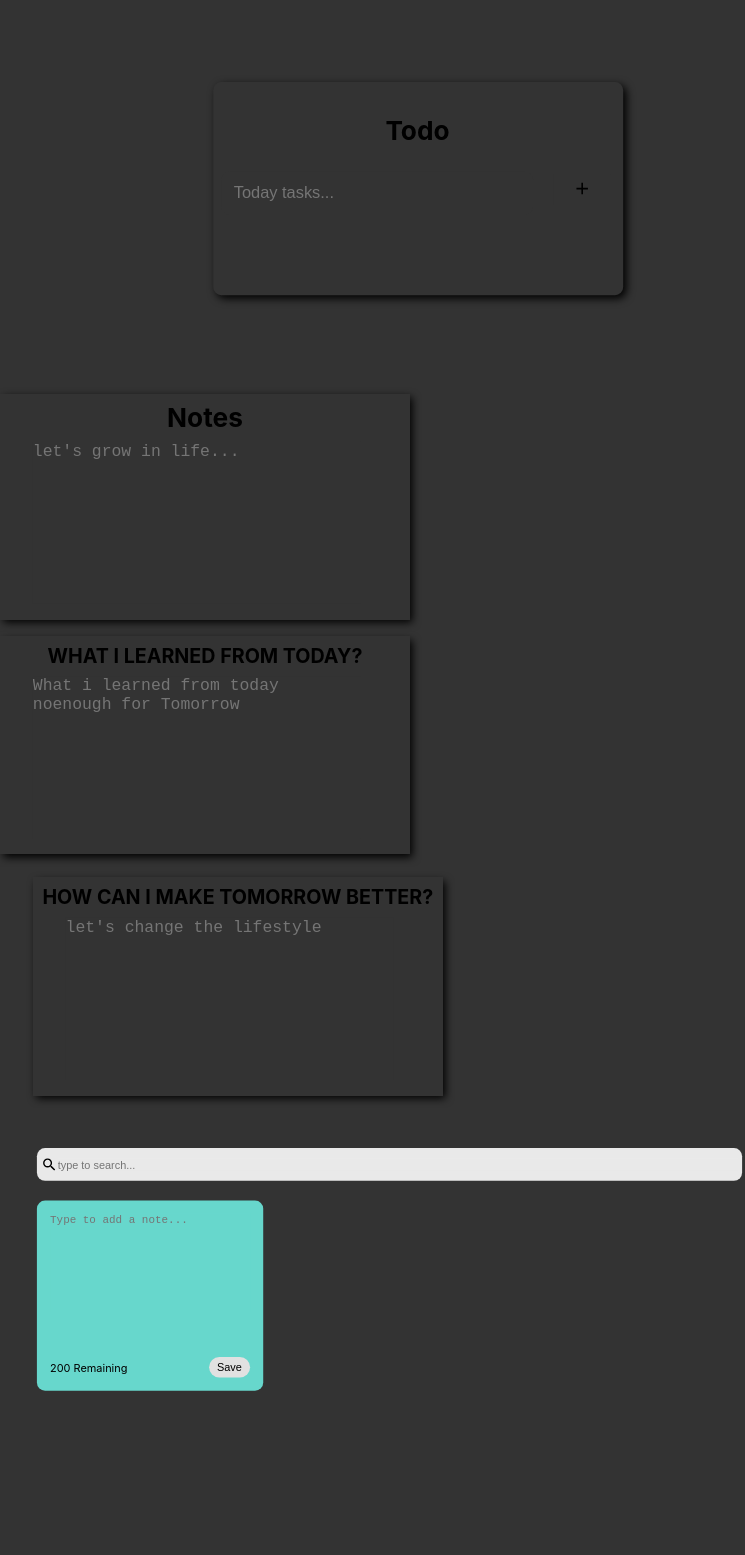
Repository: subhamRsahoo/note
Page: /
An editor plug-in stored every save of this project. The page is shown before and after the next save, followed by the edit.
The browser window is 768 px wide. The page is 908 px wide, so the pictures cover 908 px, including what lies to the right of the window. The pictures show the whole page, at 82% of full size.
The project was rebuilt for these pictures with package versions that can differ from the ones it lists, and the page was loaded fresh each time. Also part of the build but not shown: src/components/New folder/components/Note.js.

Above is the page before, as saved 2021-07-15 18:46:36.

### public/index.html
<!DOCTYPE html>
<html lang="en">
  <head>
    <meta charset="utf-8" />
    <link rel="icon" href="%PUBLIC_URL%/favicon.ico" />
    <meta name="viewport" content="width=device-width, initial-scale=1" />
    <meta name="theme-color" content="#000000" />
    <meta
      name="description"
      content="Web site created using create-react-app"
    />
    <link rel="apple-touch-icon" href="%PUBLIC_URL%/logo192.png" />
    <link rel="manifest" href="%PUBLIC_URL%/manifest.json" />


    <!-- <link rel="stylesheet" href="https://cdnjs.cloudflare.com/ajax/libs/font-awesome/5.15.3/css/font-awesome.min.css"/> -->

    <!-- <link rel="stylesheet" href="https://bootswatch.com/4/materia/bootstrap.com"/> -->

    <title>React App</title>
  </head>
  <body>
    <noscript>You need to enable JavaScript to run this app.</noscript>
    <div id="root"></div>
  </body>
</html>

### src/App.js
import React from 'react'
import Hub from './components/Hub';
import Hub1 from './components/aaaa/Hub1';
import A from './components/New folder/A';

function App() {
    return (
        <div>
            <Hub/>
            <Hub1/>
            <A/>
        </div>
    )
}

export default App

### src/components/Hub.js
import React , {useState , useEffect}from "react";
import Header from "./Header";
import Form from "./Form";
import TodoList from "./TodoList";
import './App.css';


const Hub = () => {
  const initalState = JSON.parse(localStorage.getItem("todos")) || [];
  const [input ,setInput] = useState("");
  const [todos ,setTodos] = useState(initalState);
  const [editTodo , setEditTodo] = useState(null);

  useEffect(() => {
    localStorage.setItem("todos" , JSON.stringify(todos))
  }, [todos]);
  return (
    <div className="container">
      <div className="app-wrapper">
        <div>
          <Header/>
        </div>
        <div>
          <Form
          input={input}
          setInput={setInput}
          todos={todos}
          setTodos={setTodos}
          editTodo={editTodo}
          setEditTodo={setEditTodo}
          />
        </div>
        <div>
          <TodoList todos={todos} setTodos={setTodos} setEditTodo={setEditTodo}/>
        </div>
      </div>
    </div>

  );
}

export default Hub;

### src/components/aaaa/Hub1.js
import React, { Component } from 'react';
import FormDataComponent from './components/form-data.component';
class  Hub1 extends Component {
  render() {
    return (
      <div >
        <FormDataComponent />
      </div>
    );
  }
}

export default Hub1;

### src/components/New folder/A.js
import React from 'react';
import './index.css';
import App from './App';


function A() {
    return (
        <div>
            <App />
        </div>
    )
}

export default A

### src/components/Header.js
import React from 'react'

function Header() {
    return (
        <div className="header">
            <h1>Todo</h1>
        </div>
    )
}

export default Header

### src/components/Form.js
import React , {useEffect} from 'react'
import {v4 as uuidv4} from "uuid";
import AddIcon from '@material-ui/icons/Add';

 const Form =({input , setInput , todos , setTodos , editTodo , setEditTodo }) => {
     const updateTodo = (title , id, completed) =>
     {
         const newTodo = todos.map((todo)=>

             todo.id === id ? {title,id, completed} : todo
         )
         setTodos(newTodo);
         setEditTodo("");
     }
     useEffect(() =>
     {
         if(editTodo)
         {
             setInput(editTodo.title);
         }else{
             setInput("")
         }
     }, [setInput , editTodo]);

     const onInputChange= (event) =>
     {
       setInput(event.target.value);
     };

     const onFormSubmit = (event) =>
     {
        event.preventDefault();
        if(!editTodo){
            setTodos([...todos , {id:uuidv4(), title: input , completed: false}]);
            setInput("");
        }else{
            updateTodo(input , editTodo.id , editTodo.completed)
        }
     }
    return (
       <form onSubmit={onFormSubmit}>
           <input type="text" placeholder="Today tasks... " className="task-input"
           value={input} required onChange={onInputChange} limit={3}/>
           <button type="submit" className="Add">
            <AddIcon/>
           </button>
       </form>
    )
}

export default Form

### src/components/TodoList.js
import React from 'react'
import DoneIcon from '@material-ui/icons/Done';
import EditIcon from '@material-ui/icons/Edit';
import DeleteIcon from '@material-ui/icons/Delete';

const TodoList = ({todos , setTodos , setEditTodo}) => {

    const handleDelete = ({id}) =>
    {
        setTodos(todos.filter((todo) => todo.id !== id));
    }

    const handleComplete = (todo) =>
    {
        setTodos(
            todos.map((item) => {
                if(item.id === todo.id){
                    return {...item , completed: !item.completed};
                }
                return item
            })
        )
    }

    const handleEdit =({id}) =>{
        const findTodo = todos.find((todo) => todo.id === id);
        setEditTodo(findTodo);
    };
    return (
        <div>
           {todos.map((todo) => (
               <li className="list-item"  key={todo.id}>
                   <input type="text"
                     value={todo.title}
                     className={`list ${todo.completed ? "complete" : "" }`}
                     onChange={(event)=> event.preventDefault()}
                   />
                   <div>
                       <button className="button-complete task-button" onClick={() => handleComplete(todo)}>
                          <i><DoneIcon/></i>
                       </button>
                       <button className="button-edit task-button" onClick={()=> handleEdit(todo)}>
                          <i><EditIcon/></i>
                       </button>
                       <button className="button-delete task-button"  onClick={()=> handleDelete(todo)}>
                          <i><DeleteIcon/></i>
                       </button>
                   </div>
               </li>
           ))}
        </div>
    );
}

export default TodoList;

### src/components/App.css
::-webkit-scrollbar {
  width: 9px;
}
::-webkit-scrollbar-thumb {
  background-color: #a8a8a8;
}
::-webkit-scrollbar-thumb:hover {
  background: #828282;
}
::-webkit-scrollbar-track {
  background: #cccccc;
}

body {
  font-family: -apple-system, BlinkMacSystemFont, 'Segoe UI', 'Roboto', 'Oxygen',
    'Ubuntu', 'Cantarell', 'Fira Sans', 'Droid Sans', 'Helvetica Neue',
    sans-serif;
  -webkit-font-smoothing: antialiased;
  -moz-osx-font-smoothing: grayscale;
  background: #333;
}

code {
  font-family: source-code-pro, Menlo, Monaco, Consolas, 'Courier New',
    monospace;
}


*
{
  margin: 0;
  padding: 0;
}

.container
{
  margin-top: 10px;
  width: 100%;
  min-height: 55vh;
  display: grid;
  justify-content: left;
  /* margin-left: 40px; */
  right: 500px;
  align-items: center;
  position: relative;
  box-sizing: border-box;
  left: 40px;
}

.app-wrapper
{
  background-color: #333;
  width: 500px;
  min-height: 350px;
  padding: 10px;
  box-sizing: border-box;
  border-radius: 10px;
  box-shadow: 4px 4px 10px #000;
  /* margin-bottom: 150px; */

}

.header h1
{
  color: black;
  text-align: left;
  margin: 30px 0;
  margin-left: 200px;
}

.task-input
{
  outline: none;
  width: 350px;
  padding: 15px;
  margin-right: 25px;
  font-size: 20px;
  color: white;
  background-color: #333;
  border: none;
  border-radius: 10px;
}

.task-input:hover
{
  box-shadow: 6px 4px 10px #000;
}

.Add
{
  width: 70px;
  padding: 5px 5px;
  border: 0;
  cursor: pointer;
  border-style: transparent;
  background-color: #333;
}

.Add:hover
{
  border-radius: 10px;
  box-shadow: 6px 4px 10px #000;
}

.list-item
{
  display: flex;
  margin: 20px 0;
  border: none;
  border-radius: 10px;
  padding: 7px;
  max-height: 20px;
}

.list-item:hover
{
  box-shadow: 6px 4px 10px #000;
}

.button-complete,
.button-delete,
.button-edit
{
  border: none;
  outline: none;
  cursor: pointer;
  background-color: transparent;
  font-size: 20px;
  border-radius: 50%;
}

.button-complete
{
  color: #ff6c6c;
  margin-right: 10px;
  margin-left: 70px;
}

.button-edit
{
  color: #e2d029;
  margin-right: 10px;
}

.button-delete
{
  color: lightseagreen;
}

.complete
{
  text-decoration-style: solid;
  text-decoration-line: line-through;
  text-decoration-color: #ff6c6c;
  opacity: 0.6;
}

.list
{
  width: 250px;
  background-color: #333;
  border: none;
  color: wheat;
  font-size: 20px;
  padding-left: 10px;
  margin-right: 15px;
}

input:focus,
button:focus
{
  outline: none;
}

@media screen and (max-width:768px)
{
  .container
  {
    /* align-items: center; */
    left : 140px;
  }
  .app-wrapper
  {

    min-width: 400px;
    min-height: 260px;
    /* margin-top: 15px; */
  }
}

@media screen and (max-width:540px)
{
  .container
  {
    /* align-items: center; */
    left: 140px;
  }
}

@media screen and (max-width: 1020px)
{
  .app-wrapper
  {
    /* align-items: center; */
    /* min-width: 200px;
    min-height: 260px;
    margin-top: 15px; */
    margin-left: 120px;
  }
}

### src/components/aaaa/components/form-data.component.js
import React, { Component } from 'react';
import './design.css';
export default class FormDataComponent extends Component {
    userData;

    constructor(props) {
        super(props);

        this.onChangeName = this.onChangeName.bind(this);
        this.onChangeName1 = this.onChangeName1.bind(this);
        this.onChangeName2 = this.onChangeName2.bind(this);
        this.onSubmit = this.onSubmit.bind(this);

        this.state = {
            name: '',
            name1: '',
            name2: ''
        }
    }

    // Form Values
    onChangeName(e) {
        this.setState({ name: e.target.value })
    }

    onChangeName1(e) {
        this.setState({ name1: e.target.value })
    }

    onChangeName2(e) {
        this.setState({ name2: e.target.value })
    }


    // React Life Cycle
    componentDidMount() {
        this.userData = JSON.parse(localStorage.getItem('user'));

        if (localStorage.getItem('user')) {
            this.setState({
                name: this.userData.name,
                name1: this.userData.name1,
                name2: this.userData.name2
            })
        } else {
            this.setState({
                name: '',
                name1: '',
                name2: ''
            })
        }
    }

    componentWillUpdate(nextProps, nextState) {
        localStorage.setItem('user', JSON.stringify(nextState));
    }

    onSubmit(e) {
        e.preventDefault()
        console.log(this.state.props)
    }


    render() {
        return (

                <form className="form" onSubmit={this.onSubmit}>
                    <div className="contain">
                        <h1>Notes</h1>
                        <textarea type="text" placeholder="let's grow in life..." className="text1" value={this.state.name} onChange={this.onChangeName} />
                        {/* <button type="submit" className="btn1">Save</button> */}
                    </div>


                    <div className="contain1">
                        <h2>WHAT I LEARNED FROM TODAY?</h2>
                        <textarea type="text" placeholder="What i learned from today noenough for Tomorrow" className="text2" value={this.state.name1} onChange={this.onChangeName1} />
                        {/* <button type="submit" className="btn2">Save</button> */}
                    </div>

                    <div className="contain2">
                        <h2>HOW CAN I MAKE TOMORROW BETTER?</h2>
                        <textarea type="text" placeholder="let's change the lifestyle" className="text3" value={this.state.name2} onChange={this.onChangeName2} />
                        {/* <button type="submit" className="btn3">Save</button> */}
                    </div>
                </form>

        )
    }
}

### src/components/New folder/index.css
body {
	margin: 0;
	font-family: -apple-system, BlinkMacSystemFont, 'Segoe UI',
		'Roboto', 'Oxygen', 'Ubuntu', 'Cantarell', 'Fira Sans',
		'Droid Sans', 'Helvetica Neue', sans-serif;
	-webkit-font-smoothing: antialiased;
	-moz-osx-font-smoothing: grayscale;
}

code {
	font-family: source-code-pro, Menlo, Monaco, Consolas,
		'Courier New', monospace;
}

.header {
	display: flex;
	align-items: center;
	justify-content: space-between;
}


.container1 {
	display: grid;
	width: 850px;
	position: absolute;
	left: 600px;
	bottom: 340px;
	padding-right: 15px;
	padding-left: 15px;
	height: 350px;
}

.notes-list {
	display: grid;
	grid-gap: 1rem;
	grid-template-columns: repeat(
		auto-fill,
		minmax(250px, 1fr)
	);
}

.note.new {
	background-color: #67d7cc;
	height: 200px;
	margin-bottom: 200px;
}

.note.new:hover
{
	box-shadow: 4px 4px 10px #000;
}

textarea {
	border: none;
	resize: none;
	background-color: #67d7cc;
}

textarea:focus {
	outline: none;
}

.save {
	background-color: #e1e1e1;
	border: none;
	border-radius: 15px;
	padding: 5px 10px 5px 10px;
}

.save:hover {
	background-color: #ededed;
	cursor: pointer;
}

.note {
	background-color: #fef68a;
	border-radius: 10px;
	padding: 1rem;
	height: 200px;
	display: flex;
	flex-direction: column;
	justify-content: space-between;
	white-space: pre-wrap;
}

.note:hover
{
	box-shadow: 4px 4px 10px aqua;
}

.note-footer {
	display: flex;
	align-items: center;
	justify-content: space-between;
}

.delete-icon {
	cursor: pointer;
}

.search {
	display: flex;
	align-items: center;
	background-color: rgb(233, 233, 233);
	width: 850px;
	height: 30px;
	border-radius: 10px;
	padding: 5px;
	margin-bottom: 1.5em;
}

.search:hover
{
	box-shadow: 4px 4px 10px #000;
}

.search input {
	border: none;
	background-color: rgb(233, 233, 233);
	width: 100%;
}

.search input:focus {
	outline: none;
}

@media screen and (max-width:768px)
{
	.container1
	{
		position: relative;
		top: 700px;
		width: 300px;
		left: 30px;
	}
}

@media screen and (max-width:540px)
{
  .container
  {
    /* align-items: center; */
    left: 140px;
  }
}

@media screen and (max-width: 1020px)
{
  .app-wrapper
  {
    /* align-items: center; */
    /* min-width: 200px;
    min-height: 260px;
    margin-top: 15px; */
    margin-left: 120px;
  }
}

### src/components/New folder/App.js
import { useState, useEffect } from 'react';
import { nanoid } from 'nanoid';
import NotesList from './components/NotesList';
import Search from './components/Search';

const App = () => {
	const [notes, setNotes] = useState([
		// {
		// 	id: nanoid(),
		// 	text: 'This is my first note!',
		// 	date: '15/04/2021',
		// },
		// {
		// 	id: nanoid(),
		// 	text: 'This is my second note!',
		// 	date: '21/04/2021',
		// },
		// {
		// 	id: nanoid(),
		// 	text: 'This is my third note!',
		// 	date: '28/04/2021',
		// },
		// {
		// 	id: nanoid(),
		// 	text: 'This is my new note!',
		// 	date: '30/04/2021',
		// },
	]);

	const [searchText, setSearchText] = useState('');

	useEffect(() => {
		const savedNotes = JSON.parse(
			localStorage.getItem('react-notes-app-data')
		);

		if (savedNotes) {
			setNotes(savedNotes);
		}
	}, []);

	useEffect(() => {
		localStorage.setItem(
			'react-notes-app-data',
			JSON.stringify(notes)
		);
	}, [notes]);

	const addNote = (text) => {
		const date = new Date();
		const newNote = {
			id: nanoid(),
			text: text,
			date: date.toLocaleDateString(),
		};
		const newNotes = [...notes, newNote];
		setNotes(newNotes);
	};

	const deleteNote = (id) => {
		const newNotes = notes.filter((note) => note.id !== id);
		setNotes(newNotes);
	};

	return (
		<div >
			<div className='container1'>
				<Search handleSearchNote={setSearchText} />
				<NotesList
					notes={notes.filter((note) =>
						note.text.toLowerCase().includes(searchText)
					)}
					handleAddNote={addNote}
					handleDeleteNote={deleteNote}
				/>
			</div>
		</div>
	);
};

export default App;

### src/components/aaaa/components/design.css
.form
{
    width: 100%;
    height: 250px;
    display: grid;
    margin: 0;
    padding: 0;
}


.contain
{
    display: grid;
    width: 500px;
    left: 40px;
    top: 30px;
    bottom: 10px;
    box-shadow: 4px 4px 10px #000;
    position: relative;
    box-sizing: border-box;

}

.text1
{
    margin-top: 10px;
   width: 400px;
   height: 197px;
   margin-left: 40px;
   background-color: #333;
   border-style: none;
   color: white;
   border-style: none;
   font-size: 20px;
   margin-bottom: 20px;
}

.text1:hover
{
    box-shadow: 4px 4px 10px #000;
}

.contain h1
{
    margin-top: 10px;
   text-align: center;
}

/* .btn1
{
    background-color: #333;
    margin-left: 70px;
    text-decoration-color: white;
    border-style: none;
    color: white;
    cursor: pointer;
    margin-bottom: 10px;
    padding: 8px 8px;
    border-radius: 10px;
}

.btn1:hover
{
    box-shadow: 4px 4px 10px #000;
    padding: 8px 8px;
} */


.contain1
{
    width: 500px;
    top: 50px;
    left: 40px;
    box-shadow: 4px 4px 10px #000;
    position: relative;
    box-sizing: content-box;
    display: grid;
}

.text2
{
    margin-top: 10px;
    width: 400px;
    height: 197px;
    margin-left: 40px;
    background-color: #333;
    border-style: none;
    color: white;
    border-style: none;
    font-size: 20px;
    margin-bottom: 20px;
}

.text2:hover
{
    box-shadow: 4px 4px 10px #000;
}


.contain1 h2
{
    margin-top: 10px;
   text-align: center;
}

/* .btn2
{
    background-color: #333;
    margin-left: 70px;
    text-decoration-color: white;
    border-style: none;
    color: white;
    cursor: pointer;
    margin-bottom: 10px;
    padding: 8px 8px;
    border-radius: 10px;
}

.btn2:hover
{
    box-shadow: 4px 4px 10px #000;
    padding: 8px 8px;
} */

.contain2
{
   width: 500px;
    margin-top: 620px;
    margin-left: 40px;
    /* bottom: 630px; */
    box-shadow: 4px 4px 10px #000;
    position: absolute;
    box-sizing:border-box;
    display: grid;
}

.text3
{
    margin-top: 10px;
    width: 400px;
    height: 197px;
    margin-left: 40px;
    background-color: #333;
    border-style: none;
    color: white;
    border-style: none;
    font-size: 20px;
    margin-bottom: 20px;
}

.text3:hover
{
    box-shadow: 4px 4px 10px #000;
}


.contain2 h2
{
    margin-top: 10px;
   text-align: center;
}

/* .btn3
{
    background-color: #333;
    margin-left: 70px;
    text-decoration-color: white;
    border-style: none;
    color: white;
    cursor: pointer;
    margin-bottom: 10px;
    padding: 8px 8px;
    border-radius: 10px;
}

.btn3:hover
{
    box-shadow: 4px 4px 10px #000;
    padding: 8px 8px;
} */

@media screen and (max-width:768px)
{
    .contain
    {
        left: 80px;
        align-items: center;
    }
    .contain1
    {
        left: 80px;
        align-items: center;
    }
    .contain2
    {
        left: 80px;
        align-items: center;
    }
}

@media screen and (max-width: 540px)
{
    .contain
    {
        left: 0;
        align-items: center;
    }
    .contain1
    {
        left: 0px;
        align-items: center;
    }
    .contain2
    {
        left: 0px;
        align-items: center;
    }
}

@media screen and (max-width: 1020px)
{
    .contain
    {
        left: 0;
        align-items: center;
    }
    .contain1
    {
        left: 0px;
        align-items: center;
    }
    .contain2
    {
        left: 0px;
        align-items: center;
    }
}

### src/components/New folder/components/AddNote.js
import { useState } from 'react';

const AddNote = ({ handleAddNote }) => {
	const [noteText, setNoteText] = useState('');
	const characterLimit = 200;

	const handleChange = (event) => {
		if (characterLimit - event.target.value.length >= 0) {
			setNoteText(event.target.value);
		}
	};

	const handleSaveClick = () => {
		if (noteText.trim().length > 0) {
			handleAddNote(noteText);
			setNoteText('');
		}
	};

	return (
		<div className='note new'>
			<textarea
				rows='8'
				cols='10'
				placeholder='Type to add a note...'
				value={noteText}
				onChange={handleChange}
			></textarea>
			<div className='note-footer'>
				<small>
					{characterLimit - noteText.length} Remaining
				</small>
				<button className='save' onClick={handleSaveClick}>
					Save
				</button>
			</div>
		</div>
	);
};

export default AddNote;

Loaded but not shown: src/index.js (common file); src/components/New folder/components/NotesList.js (common file); src/components/New folder/components/Search.js (common file)

After the next save:
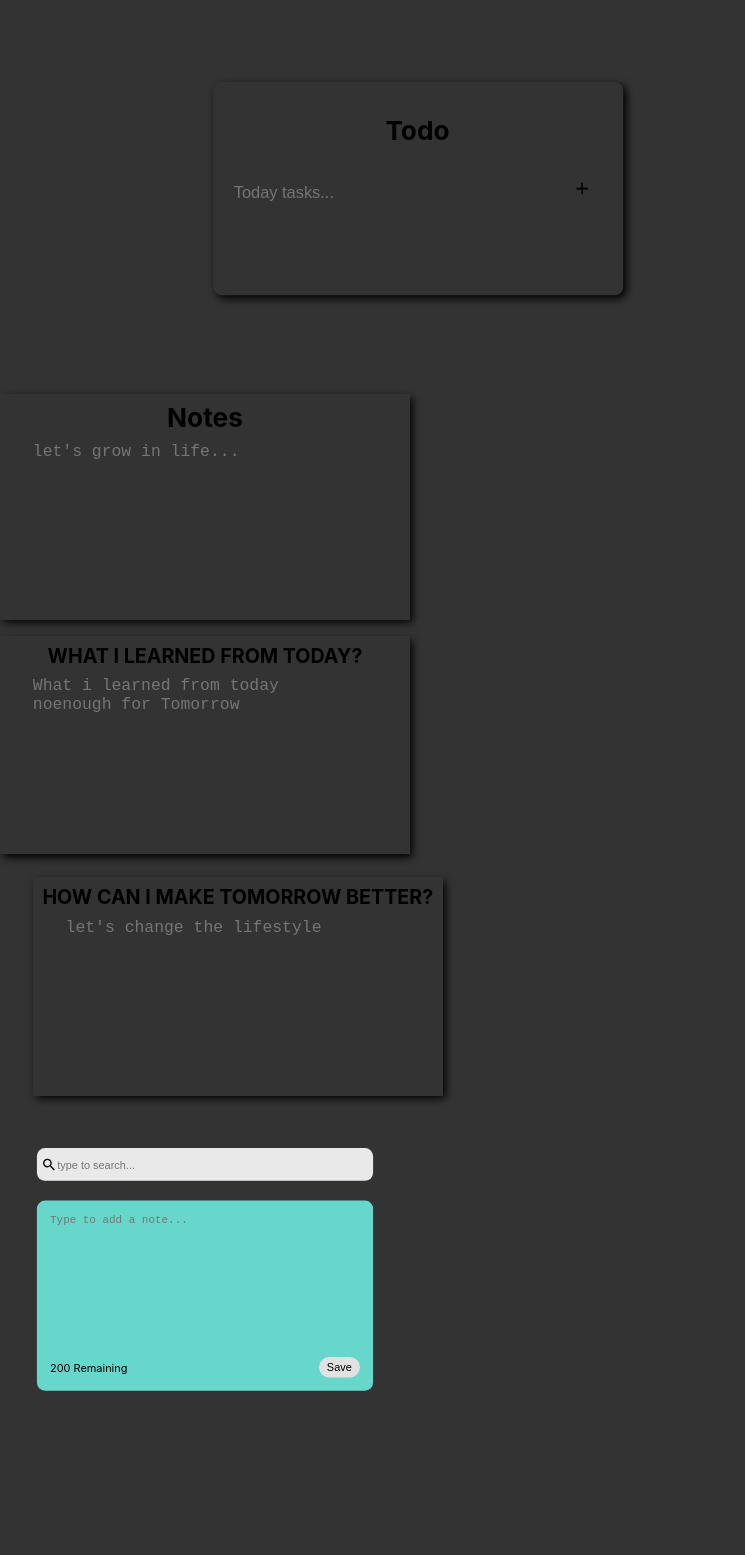
Saved 21 s later.
--- a/src/components/New folder/index.css
+++ b/src/components/New folder/index.css
@@ -133,6 +133,11 @@ textarea:focus {
 		width: 300px;
 		left: 30px;
 	}
+
+	.search
+	{
+		width: 400px;
+	}
 }
 
 @media screen and (max-width:540px)
